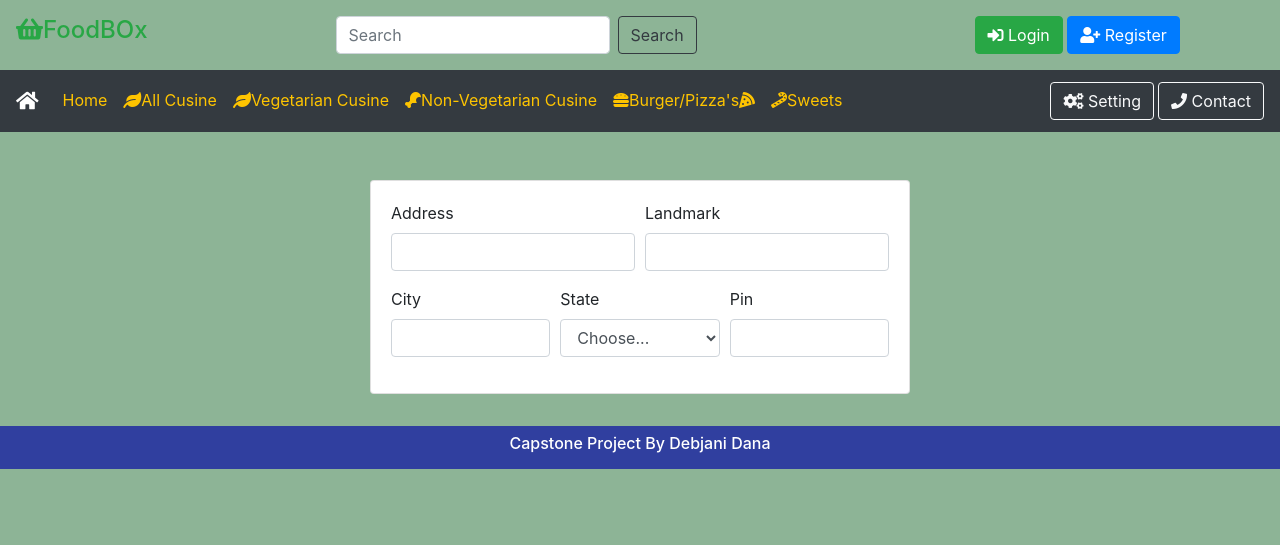
Repository: debjaniprofessional32/Capstone-Final-FoodBox-Delivery-Project
Page: http://localhost/OnlinFoodBOX/useraddress.jsp
These files come from the project's save history. The page is drawn as it stood at one moment and after the next save; the edit follows.
The browser window is 1280 px wide. The pictures show the whole page.
Some web libraries are served in a nearby version. The page is served by Tomcat 9.

Above is the page before, as saved 2022-12-23 12:04:05.

After the next save:
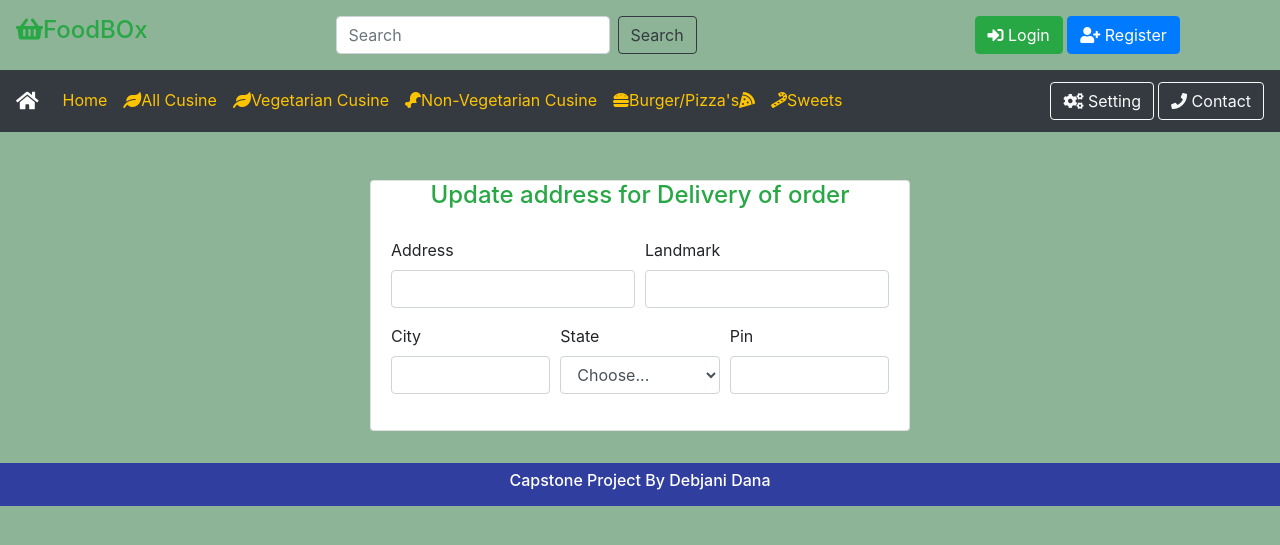
Saved 2 min 10 s later.
--- a/OnlinFoodBOX/src/main/webapp/useraddress.jsp
+++ b/OnlinFoodBOX/src/main/webapp/useraddress.jsp
@@ -14,6 +14,7 @@
 <div class="row">
 <div class="col-md-6 offset-md-3 mt-5 mb-4">
 <div class="card">
+<h4 class="text-center text-success">Update address for Delivery of order</h4>
 <div class="card-body">
 <form action="">
 <div class="form-row">
